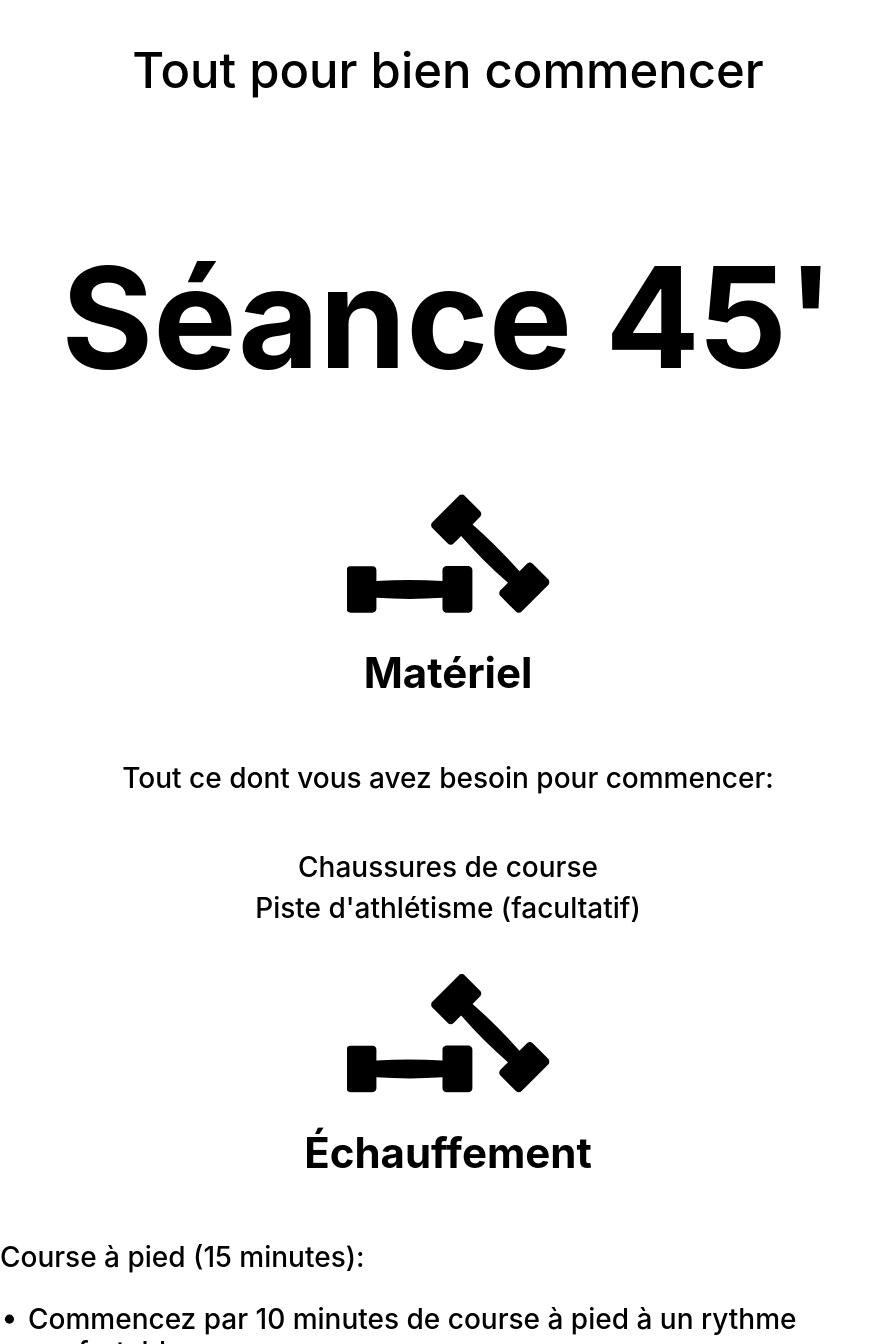
Repository: AdilGHAZAL/MosaiqueWebdoc
Page: /
These files come from the project's save history. The page is drawn as it stood at one moment and after the next save; the edit follows.
The browser window is 1280 px wide. The pictures show the part of the page from y = 0 to 1920 px (the page is 3948 px tall before and 2514 px after), at 70% of full size.
Some web fonts or font styles are not loaded; a fallback is used. The project was rebuilt for these pictures with package versions that can differ from the ones it lists, and the page was loaded fresh each time. Also part of the build but not shown: vite.config.js, src/App.css, src/components/Navbar.css, src/components/Navbar.jsx, src/components/Athletes.css, src/components/Athletes.jsx, src/components/Athletes2.jsx, src/components/Athletes3.jsx and 18 more.

Above is the page before, as saved 2024-05-02 17:48:04.

### index.html
<!doctype html>
<html lang="en">
  <head>
    <meta charset="UTF-8" />
    <link rel="icon" type="image/svg+xml" href="./src/logos/logoMosaique.svg" />
    <meta name="viewport" content="width=device-width, initial-scale=1.0" />
    <title>Mosaique</title>
    <link rel="preconnect" href="https://fonts.googleapis.com">
<link rel="preconnect" href="https://fonts.gstatic.com" crossorigin>
<link href="https://fonts.googleapis.com/css2?family=Mina:wght@400;700&display=swap" rel="stylesheet">
  </head>
  <body>
    <div id="root"></div>
    <script type="module" src="/src/main.jsx"></script>
  </body>
</html>

### src/App.jsx
// App.jsx
import React from 'react';
import { BrowserRouter as Router, Routes, Route} from 'react-router-dom';
import './App.css'; // Import the CSS file
import HomePage from './components/HomePage';
import Athlete1 from './Athelete1/Athlete1'; // Import the NouvellePage component
import LoginScreen from './LoginScreen';
import MainView from './backoffice';
import TrainingPage from './TrainingPage';
const App = () => {
    return (
        <Router>

                <Routes>
                    <Route path="/" element={<TrainingPage/>} />
                    <Route path="/Athlete1" element={<Athlete1/>} />
                    <Route path="/login" element={<LoginScreen/>  }/>
                    <Route path='/backoffice'element={<MainView/>}/>
                </Routes>

        </Router>
    );
};

export default App;

### src/index.css
:root {
  --rose: #E9257F

}

### src/TrainingPage.jsx
import React from 'react';
import './TrainingPage.css';  // Assurez-vous que le chemin vers le fichier CSS est correct

const TrainingPage = () => {
  return (
    <div className="containerTraining">
      <section className="session-info">
        <h2>Tout pour bien commencer</h2>
      </section>

      <div className="sectionMaterial">
        <h1>Séance 45'</h1>
        <img src="./src/assets/Icon2.svg" alt="Icône séance" />
        <h2>Matériel</h2>
        <p>Tout ce dont vous avez besoin pour commencer:</p>
        <ul>
          <li> Chaussures de course</li>
          <li> Piste d'athlétisme (facultatif)</li>
        </ul>
      </div>

      <div className="sectionWarmUp">
        <img src="./src/assets/Icon2.svg" alt="Icône échauffement" />
        <h2>Échauffement</h2>
        <div>
          <p>Course à pied (15 minutes):</p>
          <ul>
            <li>Commencez par 10 minutes de course à pied à un rythme confortable.</li>
            <li>Augmentez ensuite votre rythme pendant 5 minutes.</li>
          </ul>
        </div>
      </div>

      <div className="sectionTraining">
        <img src="./src/assets/Icon2.svg" alt="Icône entraînement" />
        <h2>Entraînement</h2>
        <div>
          <p>Travail technique (10 minutes):</p>
          <ul>
            <li>Concentrez-vous sur la technique de course, en essayant de garder le dos droit, les épaules relâchées et les bras fléchis à 90 degrés.</li>
          </ul>
        </div>
      </div>

      <div className="sectionAdvice">
        <img src="./src/assets/Icon2.svg" alt="Icône conseil" />
        <h2>Conseil</h2>
        <div>
          <p>Tout ce dont vous avez besoin pour le bon déroulement:</p>
          <ul>
            <li>Retour au calme (5 minutes)</li>
            <li>Terminez la séance par 5 minutes de marche ou d'étirements statiques</li>
            <li>Buvez beaucoup d'eau avant, pendant et après l'entraînement</li>
            <li>Variez vos séances d'entraînement pour éviter la monotonie et de vous blesser</li>
          </ul>
          <p>Voici quelques exemples d'exercices de mobilité, de technique de course, de plyométrie et de renforcement musculaire :</p>
          <ul>
            <li>Exercices de mobilité: Cercles de bras, Rotations de hanches, Fentes</li>
            <li>Technique de course: Course avec foulées courtes, talons au sol, montée des genoux</li>
            <li>Plyométrie: Sauts de grenouille, Talons-fesses</li>
            <li>Renforcement musculaire: Squats, Fentes, Pompes, Exercices avec poids légers</li>
          </ul>
        </div>
      </div>
    </div>
  );
};

export default TrainingPage;

### src/components/HomePage.css
/* App.css */
body {
    margin: 0;
    background-color: #ffffff;
    color: #000000;
    display: flex;
    flex-direction: column;
    align-items: center;
    justify-content: center;
    min-height: 100vh;

  }

  .app-container {
      font-family: "SF Pro Display-Medium", Helvetica;
    width: 100vw;
    height: 100%;
    min-height: 100vh;
    /*  background-image: url('./assets/ub1.png');*/
    display: flex;
    flex-direction: column;
    margin: auto;
    background-color: #ffffff;
  }

  .main-title {
    font-family: 'SF Pro Display', sans-serif;
    font-size: 70px;
    font-weight: 500;
    line-height: 83.54px;
    text-align: center;
    margin-top: 100px;
  }

  .bold-text {
    font-weight: 700;
  }

  .content {
    padding: 20px;
    width: 100%;
    max-width: 1200px;
    margin: auto;

  }

  .UBimage {
    width: auto;
  }

  .bottom-text {
    font-size: 18px;
    text-align: center;
    margin-top: 30px;
  }
  .scroll-reveal > * {
    /* text-align: justify; */
    display: inline;
    color:hsl(0deg 22.14% 64.8% / 20%);
    font-size: 60px;
    font-weight: 500;
    background-clip: text;
    background-repeat: no-repeat;
    background-size: 0% 100%;
    background-image: linear-gradient( #E9257F, #ce1f71 );
    animation: scroll-reveal linear forwards;
    animation-timeline: view();
  }

  .scroll-text {

    text-align: justify;
  }
  @keyframes scroll-reveal {
    to {
      background-size: 100% 100%;
    }
  }
  .scroll-reveal p {
    /* font-family: SF Pro Display; */


  }

  .scrollPhotos {
    display: flex;
    justify-content: flex-start; /* Align photos to the maximum left */
    width: 100%;
    overflow-x: auto; /* Enable horizontal scrolling if photos exceed container width */
    padding: 20px 0; /* Optional padding */
  }

### src/TrainingPage.css
.containerTraining {
    display: flex;
    align-items: center;
    flex-direction: column;
    margin: 0 auto;
}

/* Styles for ".session-info h2" */
.session-info h2 {
    font-family: 'SF Pro Display', sans-serif;
    font-size: 70px;
    font-weight: 500;
    line-height: 83.54px;
    text-align: center;
}

/* Styles for ".sectionMaterial h1" */
.sectionMaterial h1 {
    font-family: 'SF Pro Display', sans-serif;
    font-size: 200px;
    font-weight: 700;
    line-height: 238.67px;
    text-align: center;
}

/* Styles for ".sectionMaterial h2" */
.sectionMaterial h2 {
    font-family: 'SF Pro Display', sans-serif;
    font-size: 60px;
    font-weight: 700;
    line-height: 71.6px;
    text-align: justify;
}

/* Styles for ".sectionMaterial p, .sectionMaterial ul" */
.sectionMaterial p, .sectionMaterial ul {
    font-family: 'SF Pro Display', sans-serif;
    font-size: 40px;
    font-weight: 500;
    line-height: 47.73px;
    text-align: center;
}

/* Additional styles for the list to keep the icons aligned */
.sectionMaterial ul {
    padding: 0;
    list-style-type: none;
}

.sectionMaterial li {
    margin-bottom: 10px;
}

.sectionMaterial .icon {
    font-size: 40px;
    margin-right: 10px;
}

/* Styles for ".sectionWarmUp h2", ".sectionTraining h2", ".sectionAdvice h2" */
.sectionWarmUp h2,
.sectionTraining h2,
.sectionAdvice h2 {
    font-family: 'SF Pro Display', sans-serif;
    font-size: 60px;
    font-weight: 700;
    line-height: 71.6px;
    text-align: justify;
}

/* Styles for ".sectionWarmUp div p, .sectionWarmUp div ul", ".sectionTraining div p, .sectionTraining div ul", ".sectionAdvice div p, .sectionAdvice div ul" */
.sectionWarmUp div p,
.sectionWarmUp div ul,
.sectionTraining div p,
.sectionTraining div ul,
.sectionAdvice div p,
.sectionAdvice div ul {
    font-family: 'SF Pro Display', sans-serif;
    font-size: 40px;
    font-weight: 700;
    line-height: 47.73px;
    text-align: left;
}

/* Styles for ".sectionWarmUp div p, .sectionWarmUp div ul li", ".sectionTraining div p, .sectionTraining div ul li", ".sectionAdvice div p, .sectionAdvice div ul li" */
.sectionWarmUp div p,
.sectionWarmUp div ul li,
.sectionTraining div p,
.sectionTraining div ul li,
.sectionAdvice div p,
.sectionAdvice div ul li {
    font-family: 'SF Pro Display', sans-serif;
    font-size: 40px;
    font-weight: 500;
    line-height: 47.73px;
    text-align: left;
}

/* Centering except for specific div elements */
.containerTraining > div:not(.sectionTraining):not(.sectionAdvice) {
    display: flex;
    align-items: center;
    justify-content: center;
    flex-direction: column;
    margin-bottom: 20px; /* Adjust margin as needed */
}
/* Styles for ".sectionAdvice h2" */
.sectionAdvice h2 {
    font-family: 'SF Pro Display', sans-serif;
    font-size: 60px;
    font-weight: 700;
    line-height: 71.6px;
    text-align: justify;
}

/* Styles for ".sectionAdvice div p, .sectionAdvice div ul" */
.sectionAdvice div p,
.sectionAdvice div ul {
    font-family: 'SF Pro Display', sans-serif;
    font-size: 40px;
    font-weight: 700;
    line-height: 47.73px;
    text-align: left;
}

/* Styles for ".sectionAdvice div p, .sectionAdvice div ul li" */
.sectionAdvice div p,
.sectionAdvice div ul li {
    font-family: 'SF Pro Display', sans-serif;
    font-size: 40px;
    font-weight: 500;
    line-height: 47.73px;
    text-align: left;
}

Loaded but not shown: src/main.jsx (common file)

After the next save:
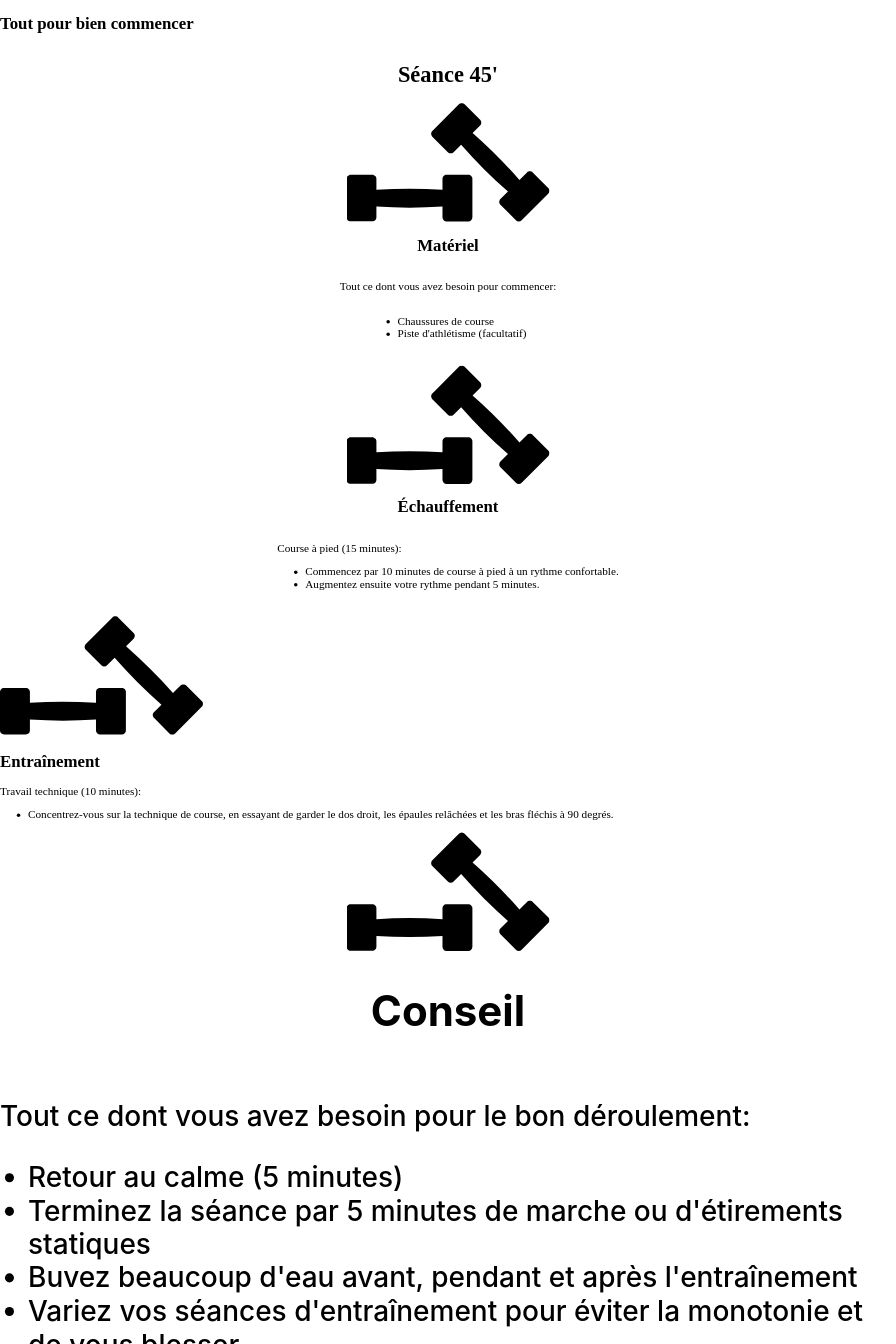
Saved 58 s later.
--- a/src/TrainingPage.css
+++ b/src/TrainingPage.css
@@ -1,101 +1,4 @@
-.containerTraining {
-    display: flex;
-    align-items: center;
-    flex-direction: column;
-    margin: 0 auto;
-}
-
-/* Styles for ".session-info h2" */
-.session-info h2 {
-    font-family: 'SF Pro Display', sans-serif;
-    font-size: 70px;
-    font-weight: 500;
-    line-height: 83.54px;
-    text-align: center;
-}
-
-/* Styles for ".sectionMaterial h1" */
-.sectionMaterial h1 {
-    font-family: 'SF Pro Display', sans-serif;
-    font-size: 200px;
-    font-weight: 700;
-    line-height: 238.67px;
-    text-align: center;
-}
-
-/* Styles for ".sectionMaterial h2" */
-.sectionMaterial h2 {
-    font-family: 'SF Pro Display', sans-serif;
-    font-size: 60px;
-    font-weight: 700;
-    line-height: 71.6px;
-    text-align: justify;
-}
-
-/* Styles for ".sectionMaterial p, .sectionMaterial ul" */
-.sectionMaterial p, .sectionMaterial ul {
-    font-family: 'SF Pro Display', sans-serif;
-    font-size: 40px;
-    font-weight: 500;
-    line-height: 47.73px;
-    text-align: center;
-}
-
-/* Additional styles for the list to keep the icons aligned */
-.sectionMaterial ul {
-    padding: 0;
-    list-style-type: none;
-}
-
-.sectionMaterial li {
-    margin-bottom: 10px;
-}
-
-.sectionMaterial .icon {
-    font-size: 40px;
-    margin-right: 10px;
-}
-
-/* Styles for ".sectionWarmUp h2", ".sectionTraining h2", ".sectionAdvice h2" */
-.sectionWarmUp h2,
-.sectionTraining h2,
-.sectionAdvice h2 {
-    font-family: 'SF Pro Display', sans-serif;
-    font-size: 60px;
-    font-weight: 700;
-    line-height: 71.6px;
-    text-align: justify;
-}
-
-/* Styles for ".sectionWarmUp div p, .sectionWarmUp div ul", ".sectionTraining div p, .sectionTraining div ul", ".sectionAdvice div p, .sectionAdvice div ul" */
-.sectionWarmUp div p,
-.sectionWarmUp div ul,
-.sectionTraining div p,
-.sectionTraining div ul,
-.sectionAdvice div p,
-.sectionAdvice div ul {
-    font-family: 'SF Pro Display', sans-serif;
-    font-size: 40px;
-    font-weight: 700;
-    line-height: 47.73px;
-    text-align: left;
-}
-
-/* Styles for ".sectionWarmUp div p, .sectionWarmUp div ul li", ".sectionTraining div p, .sectionTraining div ul li", ".sectionAdvice div p, .sectionAdvice div ul li" */
-.sectionWarmUp div p,
-.sectionWarmUp div ul li,
-.sectionTraining div p,
-.sectionTraining div ul li,
-.sectionAdvice div p,
-.sectionAdvice div ul li {
-    font-family: 'SF Pro Display', sans-serif;
-    font-size: 40px;
-    font-weight: 500;
-    line-height: 47.73px;
-    text-align: left;
-}
-
-/* Centering except for specific div elements */
+/* Centering for all divs except for specific ones */
 .containerTraining > div:not(.sectionTraining):not(.sectionAdvice) {
     display: flex;
     align-items: center;
@@ -103,6 +6,16 @@
     flex-direction: column;
     margin-bottom: 20px; /* Adjust margin as needed */
 }
+
+/* Centering for .sectionAdvice */
+.sectionAdvice {
+    display: flex;
+    align-items: center;
+    justify-content: center;
+    flex-direction: column;
+    margin-bottom: 20px; /* Adjust margin as needed */
+}
+
 /* Styles for ".sectionAdvice h2" */
 .sectionAdvice h2 {
     font-family: 'SF Pro Display', sans-serif;

After the save that followed:
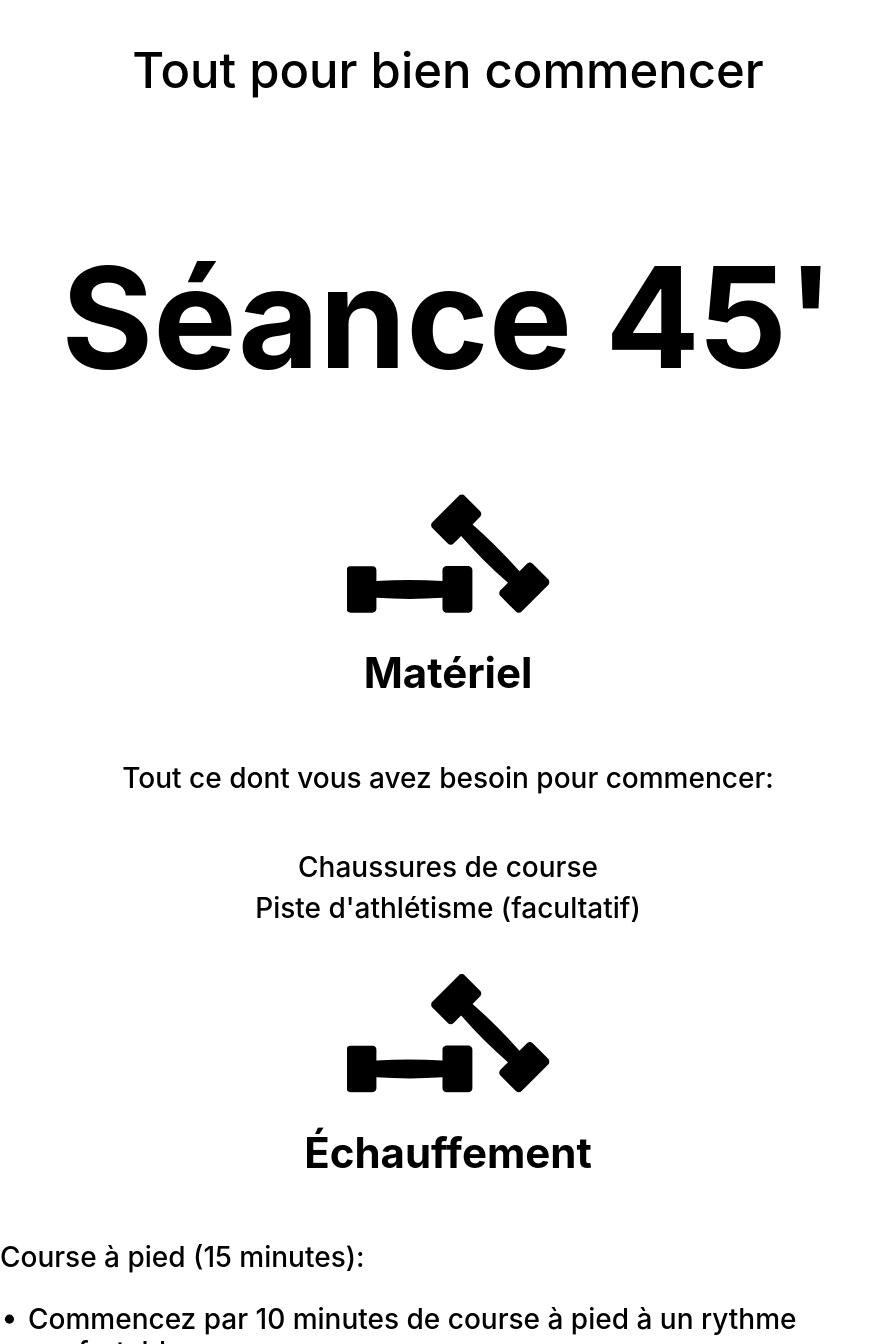
Saved 22 s later.
--- a/src/TrainingPage.css
+++ b/src/TrainingPage.css
@@ -1,4 +1,101 @@
-/* Centering for all divs except for specific ones */
+.containerTraining {
+    display: flex;
+    align-items: center;
+    flex-direction: column;
+    margin: 0 auto;
+}
+
+/* Styles for ".session-info h2" */
+.session-info h2 {
+    font-family: 'SF Pro Display', sans-serif;
+    font-size: 70px;
+    font-weight: 500;
+    line-height: 83.54px;
+    text-align: center;
+}
+
+/* Styles for ".sectionMaterial h1" */
+.sectionMaterial h1 {
+    font-family: 'SF Pro Display', sans-serif;
+    font-size: 200px;
+    font-weight: 700;
+    line-height: 238.67px;
+    text-align: center;
+}
+
+/* Styles for ".sectionMaterial h2" */
+.sectionMaterial h2 {
+    font-family: 'SF Pro Display', sans-serif;
+    font-size: 60px;
+    font-weight: 700;
+    line-height: 71.6px;
+    text-align: justify;
+}
+
+/* Styles for ".sectionMaterial p, .sectionMaterial ul" */
+.sectionMaterial p, .sectionMaterial ul {
+    font-family: 'SF Pro Display', sans-serif;
+    font-size: 40px;
+    font-weight: 500;
+    line-height: 47.73px;
+    text-align: center;
+}
+
+/* Additional styles for the list to keep the icons aligned */
+.sectionMaterial ul {
+    padding: 0;
+    list-style-type: none;
+}
+
+.sectionMaterial li {
+    margin-bottom: 10px;
+}
+
+.sectionMaterial .icon {
+    font-size: 40px;
+    margin-right: 10px;
+}
+
+/* Styles for ".sectionWarmUp h2", ".sectionTraining h2", ".sectionAdvice h2" */
+.sectionWarmUp h2,
+.sectionTraining h2,
+.sectionAdvice h2 {
+    font-family: 'SF Pro Display', sans-serif;
+    font-size: 60px;
+    font-weight: 700;
+    line-height: 71.6px;
+    text-align: justify;
+}
+
+/* Styles for ".sectionWarmUp div p, .sectionWarmUp div ul", ".sectionTraining div p, .sectionTraining div ul", ".sectionAdvice div p, .sectionAdvice div ul" */
+.sectionWarmUp div p,
+.sectionWarmUp div ul,
+.sectionTraining div p,
+.sectionTraining div ul,
+.sectionAdvice div p,
+.sectionAdvice div ul {
+    font-family: 'SF Pro Display', sans-serif;
+    font-size: 40px;
+    font-weight: 700;
+    line-height: 47.73px;
+    text-align: left;
+}
+
+/* Styles for ".sectionWarmUp div p, .sectionWarmUp div ul li", ".sectionTraining div p, .sectionTraining div ul li", ".sectionAdvice div p, .sectionAdvice div ul li" */
+.sectionWarmUp div p,
+.sectionWarmUp div ul li,
+.sectionTraining div p,
+.sectionTraining div ul li,
+.sectionAdvice div p,
+.sectionAdvice div ul li {
+    font-family: 'SF Pro Display', sans-serif;
+    font-size: 40px;
+    font-weight: 500;
+    line-height: 47.73px;
+    text-align: left;
+}
+
+/* Centering except for specific div elements */
 .containerTraining > div:not(.sectionTraining):not(.sectionAdvice) {
     display: flex;
     align-items: center;
@@ -6,16 +103,6 @@
     flex-direction: column;
     margin-bottom: 20px; /* Adjust margin as needed */
 }
-
-/* Centering for .sectionAdvice */
-.sectionAdvice {
-    display: flex;
-    align-items: center;
-    justify-content: center;
-    flex-direction: column;
-    margin-bottom: 20px; /* Adjust margin as needed */
-}
-
 /* Styles for ".sectionAdvice h2" */
 .sectionAdvice h2 {
     font-family: 'SF Pro Display', sans-serif;
